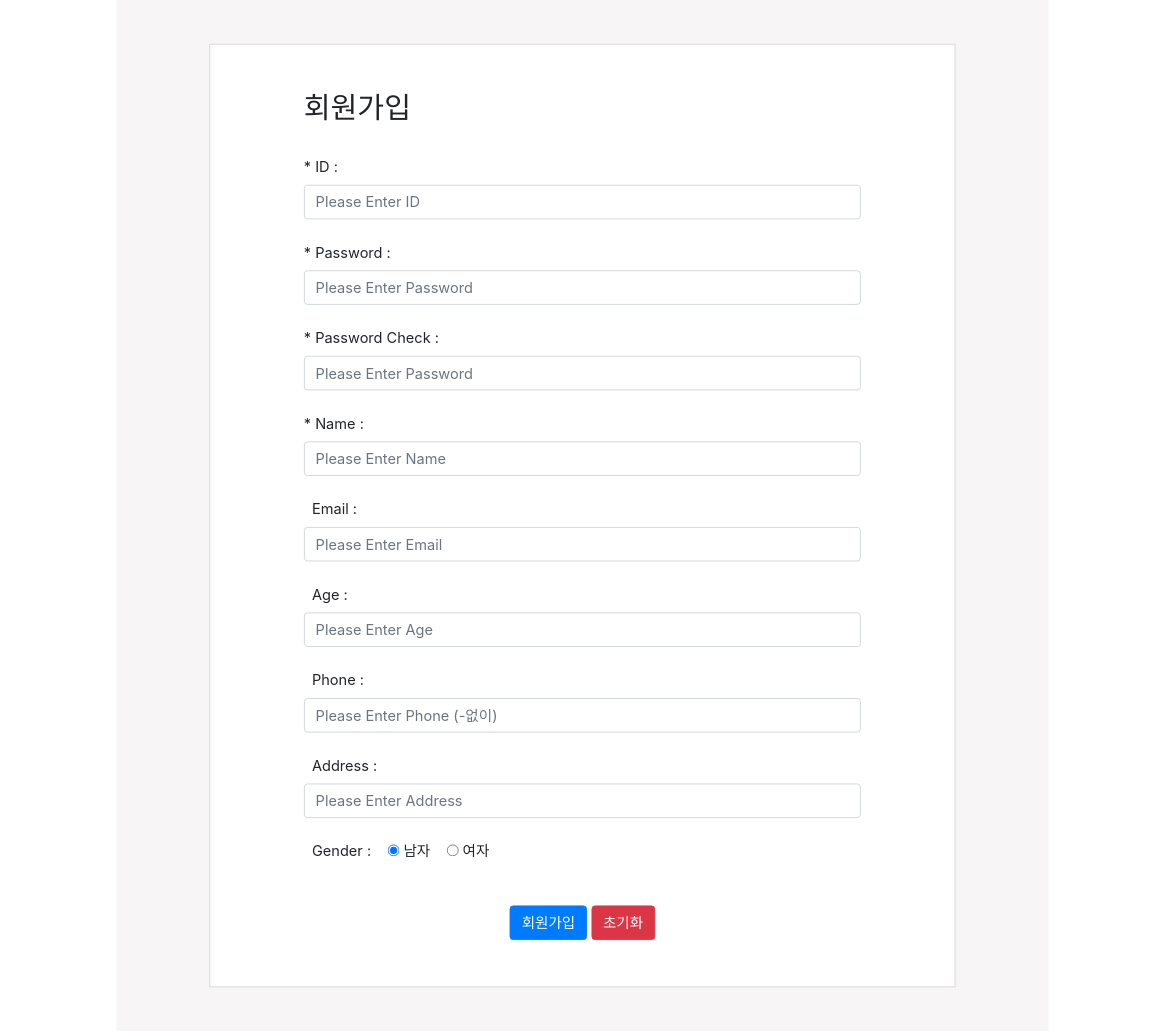
Repository: hololollo/NewSts
Page: http://localhost/springProject/WEB-INF/views/member/enrollForm.jsp
The author's editor kept a copy of each file at every save. The page is drawn from the files as they stood at one save, then again after the next save.
The browser window is 1280 px wide. The pictures show the whole page, at 91% of full size.
The page is served by Tomcat 9. Nobody is signed in. The template is opened directly, without the code that normally fills it, so the values that code supplies are empty.

Above is the page before, as saved 2024-06-18 00:40:47.

After the next save:
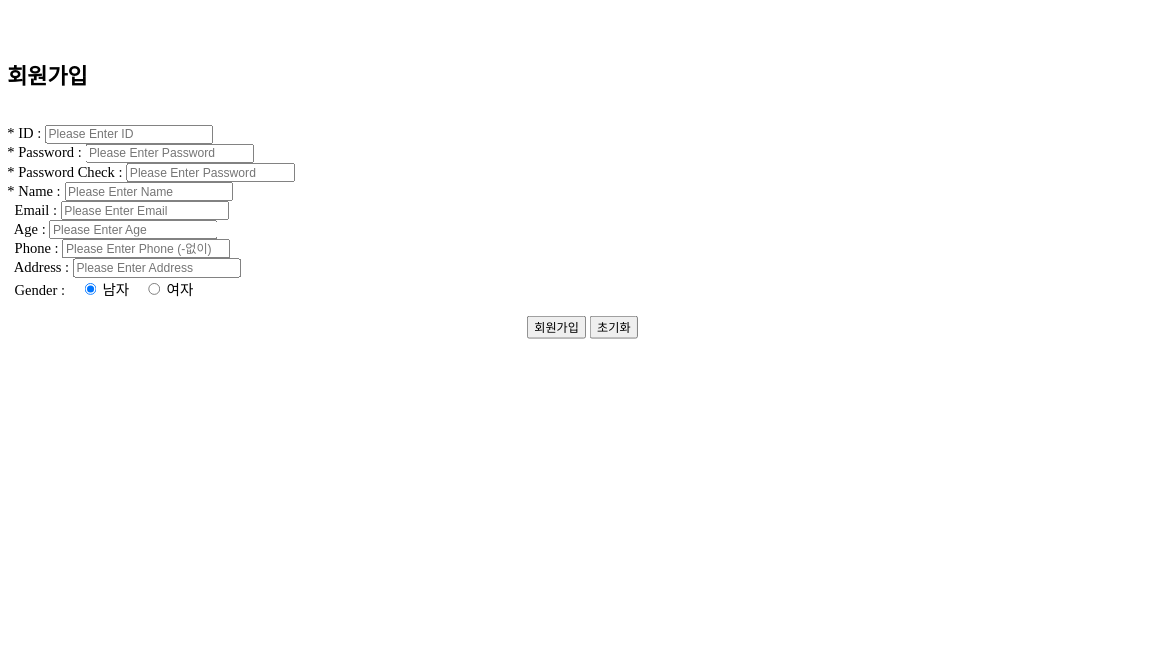
Saved 40 s later.
--- a/springProject/src/main/webapp/WEB-INF/views/member/enrollForm.jsp
+++ b/springProject/src/main/webapp/WEB-INF/views/member/enrollForm.jsp
@@ -5,24 +5,6 @@
 <head>
     <meta charset="UTF-8">
     <title>Document</title>
-    <script src="https://ajax.googleapis.com/ajax/libs/jquery/3.7.1/jquery.min.js"></script>
-    <link rel="stylesheet" href="https://maxcdn.bootstrapcdn.com/bootstrap/4.5.2/css/bootstrap.min.css">
-    <script src="https://maxcdn.bootstrapcdn.com/bootstrap/4.5.2/js/bootstrap.min.js"></script>
-
-    <style>
-        .content {
-            background-color:rgb(247, 245, 245);
-            width:80%;
-            margin:auto;
-        }
-        .innerOuter {
-            border:1px solid lightgray;
-            width:80%;
-            margin:auto;
-            padding:5% 10%;
-            background-color:white;
-        }
-    </style>
 </head>
 <body>
 
